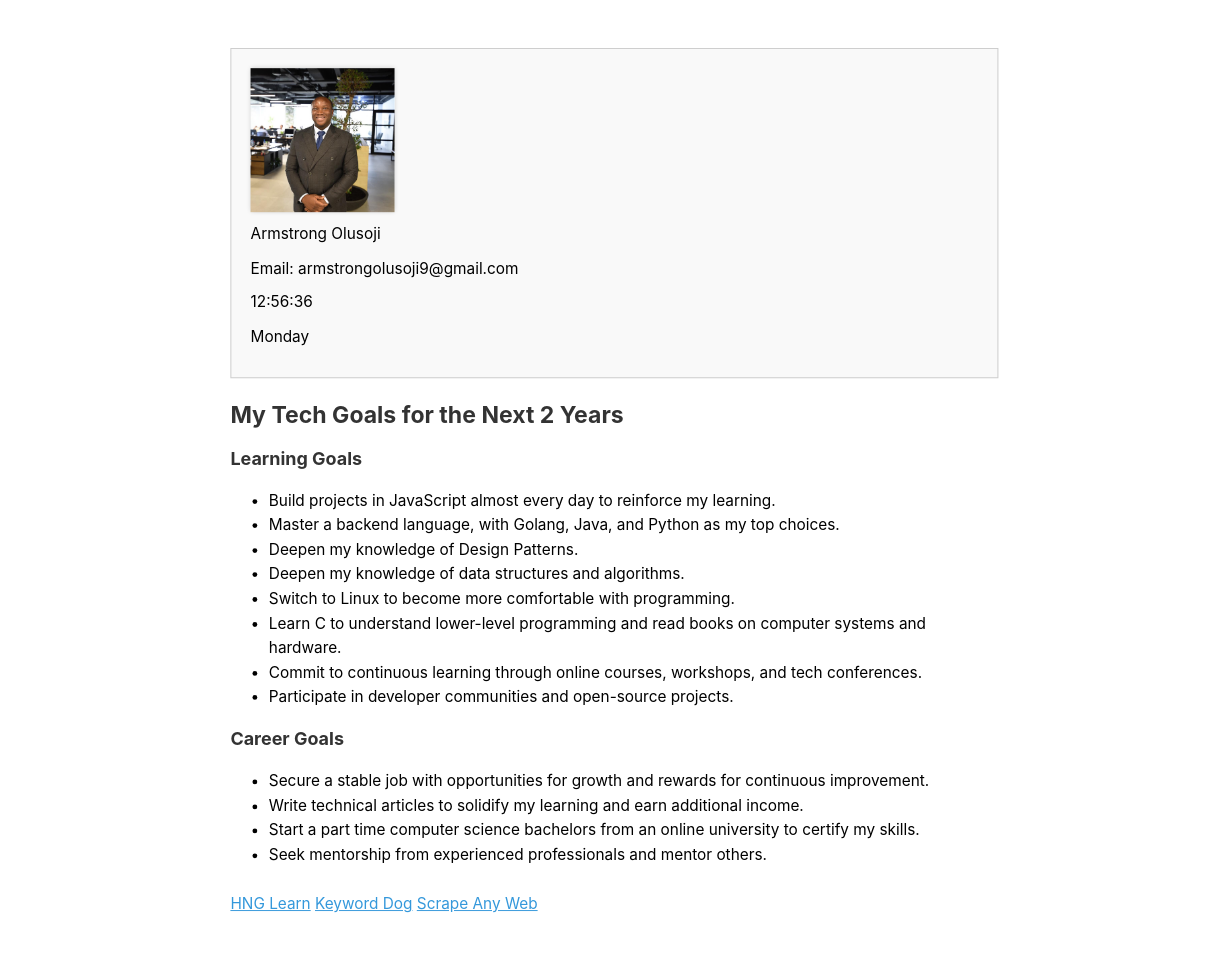
Repository: Armstrong2035/hng-project-one
Page: index.html
The author's editor kept a copy of each file at every save. The page is drawn from the files as they stood at one save, then again after the next save.
The browser window is 1280 px wide. The pictures show the whole page, at 96% of full size.

Above is the page before, as saved 2024-07-01 17:11:23.

### index.html
<!DOCTYPE html>
<html>
  <head>
    <meta charset="utf-8" />
    <meta name="viewport" content="width=device-width" />
    <title>Armstrong Olusoji's Goals</title>
    <link href="style.css" rel="stylesheet" type="text/css" />
    <script src="script.js" defer></script>
  </head>
  <body>
    <div id="container">
      <div class="profile-card">
        <div class="profile-picture">
          <img
            src="Headshot.jpg"
            alt="Profile Picture"
            class="headshot"
            data-testid="slackProfilePicture"
          />
        </div>
        <div class="display-information">
          <p data-testid="slackDisplayName">Armstrong Olusoji</p>
          <p data-testid="slackEmail">Email: armstrongolusoji9@gmail.com</p>
          <p data-testid="currentTimeUTC" id="current-time">Loading...</p>
          <p data-testid="currentDay" id="current-day">Loading...</p>
        </div>
      </div>

      <section id="my-goals">
        <h2>My Tech Goals for the Next 2 Years</h2>
        <div class="learning-goals">
          <h3>Learning Goals</h3>
          <ul>
            <li>
              Build projects in JavaScript almost every day to reinforce my
              learning.
            </li>
            <li>
              Master a backend language, with Golang, Java, and Python as my top
              choices.
            </li>
            <li>Deepen my knowledge of Design Patterns.</li>
            <li>Deepen my knowledge of data structures and algorithms.</li>
            <li>
              Switch to Linux to become more comfortable with programming.
            </li>
            <li>
              Learn C to understand lower-level programming and read books on
              computer systems and hardware.
            </li>
            <li>
              Commit to continuous learning through online courses, workshops,
              and tech conferences.
            </li>
            <li>
              Participate in developer communities and open-source projects.
            </li>
          </ul>
        </div>
        <div class="career-goals">
          <h3>Career Goals</h3>
          <ul>
            <li>
              Secure a stable job with opportunities for growth and rewards for
              continuous improvement.
            </li>
            <li>
              Write technical articles to solidify my learning and earn
              additional income.
            </li>
            <li>
              Start a part time computer science bachelors from an online
              university to certify my skills.
            </li>
            <li>
              Seek mentorship from experienced professionals and mentor others.
            </li>
          </ul>
        </div>
      </section>

      <section>
        <a href="https://hng.tech/learn" data-testid="hngLink">HNG Learn</a>
        <a href="https://keyword.dog" data-testid="keywordLink">Keyword Dog</a>
        <a href="https://scrapeanyweb.site" data-testid="scrapeanywebLink"
          >Scrape Any Web</a
        >
      </section>
    </div>
  </body>
</html>

### style.css
body {
  font-family: inter;
  line-height: 1.6;
  margin: 0;
  padding: 0;
  /* background: linear-gradient(to bottom right, #3498db, #2ecc71); */
}

#container {
  max-width: 800px;
  margin: 0 auto;
  padding: 50px;
  background-color: #fff;
}

.profile-card {
  margin-bottom: 20px;
  display: flex;
  flex-direction: column;
  align-items: flex-start;
  border: 1px solid #ccc;
  padding: 20px 20px;
  background-color: #f9f9f9;
}

.profile-picture {
  height: 150px;
  width: 150px;

  align-self: flex-start;
  box-shadow: 0 0 5px rgba(0, 0, 0, 0.2);
}

.profile-picture .headshot {
  height: 100%;
  width: 100%;
  object-fit: cover;
}

.display-information p {
  margin: 10px 0;
}

h2,
h3 {
  margin: 10px 0;
  color: #333;
}

a {
  display: inline-block;
  margin: 10px 0;
  color: #3498db;
}

### script.js
function updateTime() {
  const now = new Date();
  const utcTime = now.toISOString().slice(11, 19);
  const day = now.toLocaleDateString("en-US", { weekday: "long" });
  document.getElementById("current-time").textContent = ` ${utcTime}`;
  document.getElementById("current-day").textContent = ` ${day}`;
}

setInterval(updateTime, 1000);
updateTime();

After the next save:
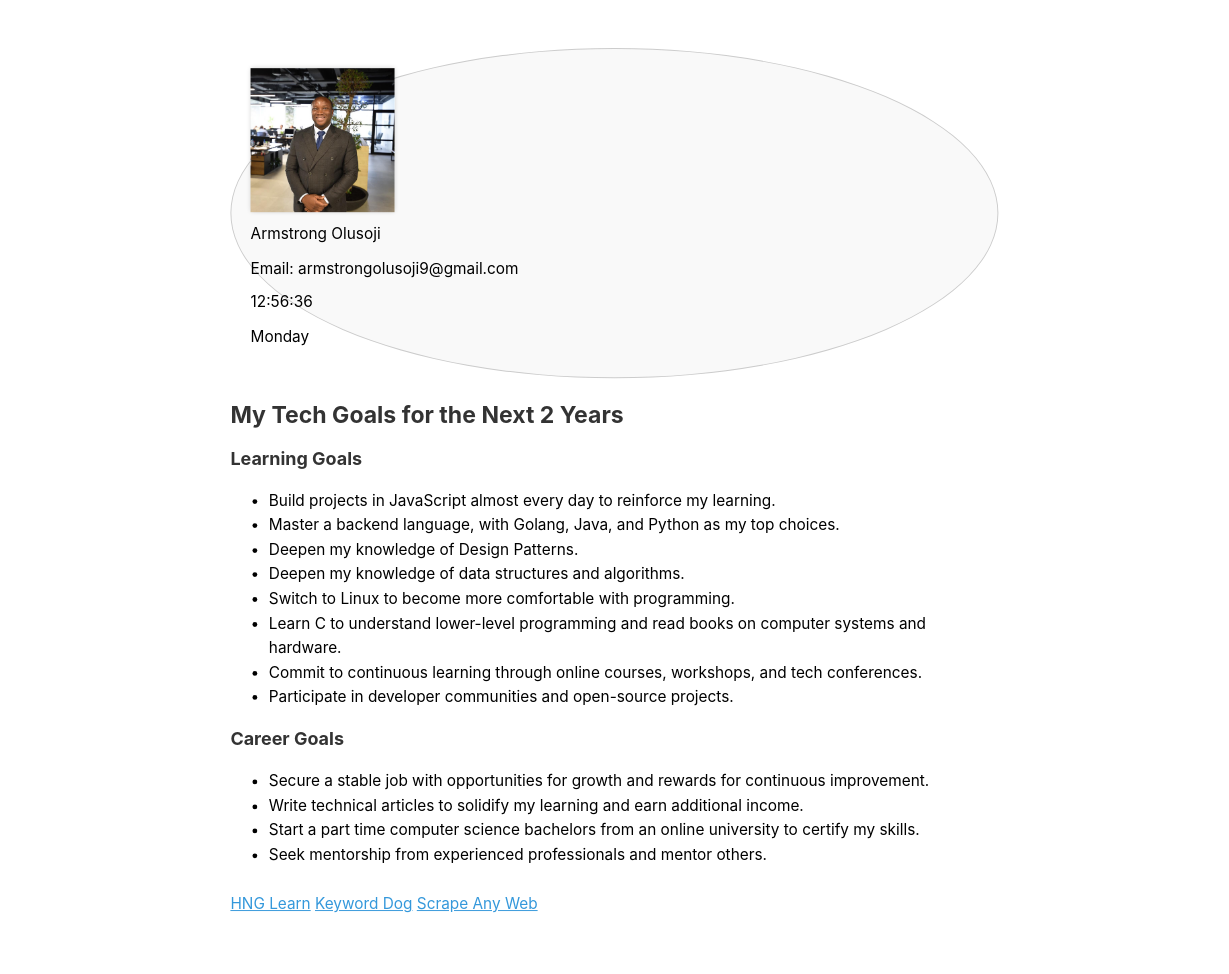
Saved 109 s later.
--- a/style.css
+++ b/style.css
@@ -21,6 +21,7 @@ body {
   border: 1px solid #ccc;
   padding: 20px 20px;
   background-color: #f9f9f9;
+  border-radius: 50%;
 }
 
 .profile-picture {
